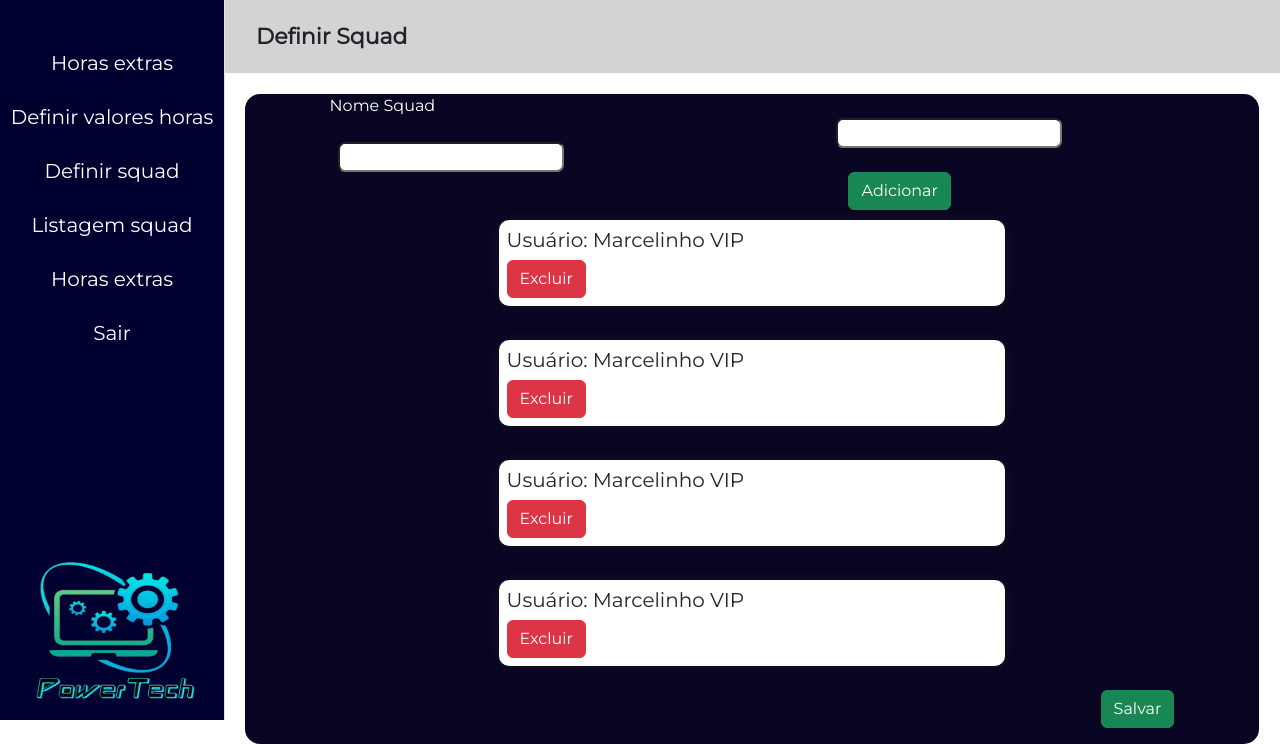
Repository: PowerTech-Fatec/API-2RP-NET
Page: /adm/squad (app in Sprint 3/2rp-web/)
The author's editor kept a copy of each file at every save. The page is drawn from the files as they stood at one save, then again after the next save.
The browser window is 1280 px wide. The pictures show the whole page.
The project was rebuilt for these pictures with package versions that can differ from the ones it lists, and the page was loaded fresh each time. Also part of the build but not shown: Sprint 3/2rp-web/src/pages/login/login.js, Sprint 3/2rp-web/src/pages/home/dashboard.js, Sprint 3/2rp-web/src/pages/home/sobreaviso/sobreaviso.css, Sprint 3/2rp-web/src/pages/home/sobreaviso/sobreaviso.js, Sprint 3/2rp-web/src/pages/home/hora-extra/hora-extra.css, Sprint 3/2rp-web/src/pages/home/hora-extra/hora-extra.js, Sprint 3/2rp-web/src/components/cards/Cards.js, Sprint 3/2rp-web/src/pages/home/gestor/aprovar-hora-extra/gestor.js and 3 more.

Above is the page before, as saved 2022-11-06 15:34:01.

After the next save:
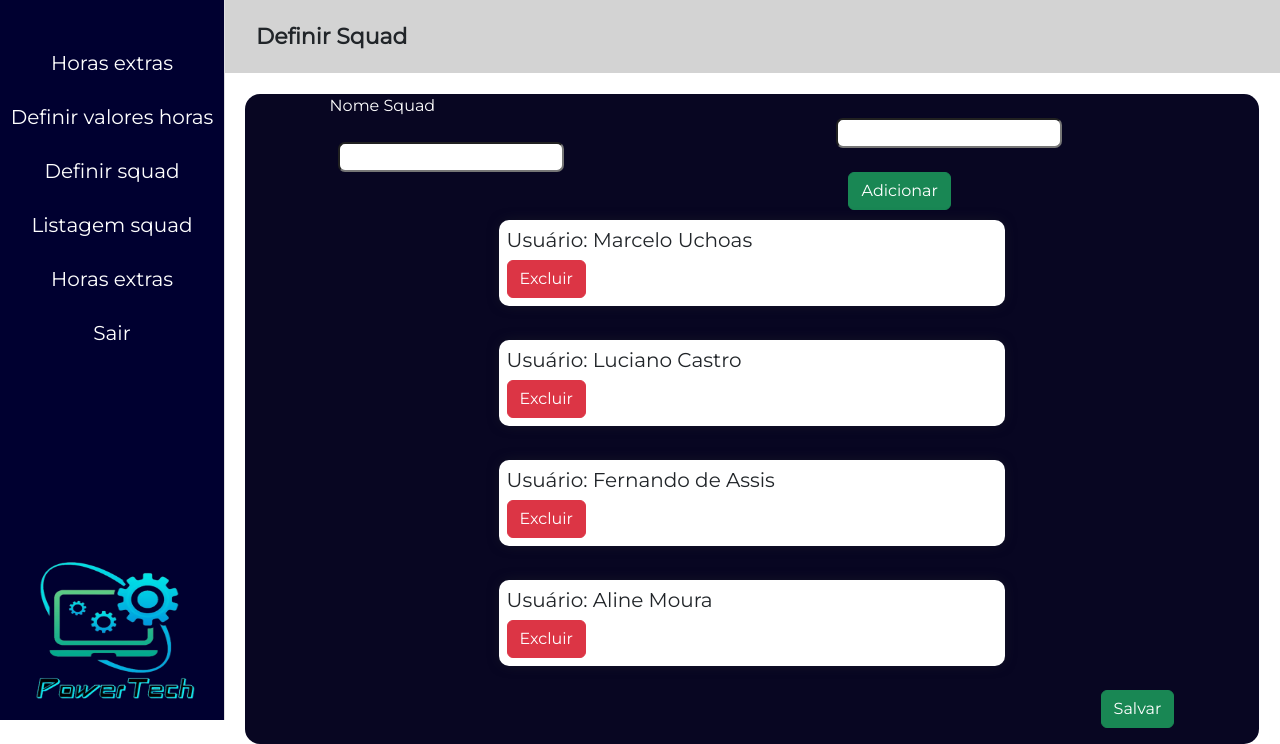
Saved 36 s later.
--- a/Sprint 3/2rp-web/src/pages/home/adm/squad/def-squad.js
+++ b/Sprint 3/2rp-web/src/pages/home/adm/squad/def-squad.js
@@ -37,19 +37,19 @@ function Squad() {
             {/* card colaborador */}
             <div className="d-flex flex-column aling-itens-center">
             <Card
-              Usuario = "Marcelinho VIP"
+              Usuario = "Marcelo Uchoas"
             />
 
             <Card
-              Usuario = "Marcelinho VIP"
+              Usuario = "Luciano Castro"
             />
 
             <Card
-              Usuario = "Marcelinho VIP"
+              Usuario = "Fernando de Assis"
             />
 
             <Card
-              Usuario = "Marcelinho VIP"
+              Usuario = "Aline Moura"
             />
 
             </div>
